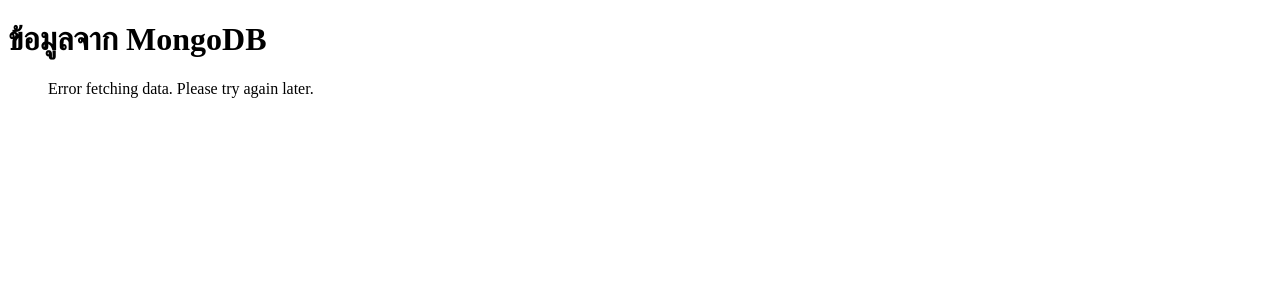
Repository: kamon010/Project1
Page: public/index.html
An editor plug-in stored every save of this project. The page is shown before and after the next save, followed by the edit.
The browser window is 1280 px wide. The pictures show the whole page.
The page's requests for data from a server got no answer.

Above is the page before, as saved 2024-08-19 23:33:06.

### public/index.html
<!DOCTYPE html>
<html lang="en">

<head>
    <meta charset="UTF-8">
    <meta name="viewport" content="width=device-width, initial-scale=1.0">
    <title>MongoDB Data Display</title>
</head>

<body>
    <h1>ข้อมูลจาก MongoDB</h1>
    <ul id="data-list"></ul>

    <script>
        async function fetchData() {
            try {
                const response = await fetch('/data');
                if (!response.ok) {
                    throw new Error(`HTTP error! status: ${response.status}`);
                }

                const data = await response.json();

                const list = document.getElementById('data-list');
                if (data.length === 0) {
                    list.textContent = 'ไม่มีข้อมูลในฐานข้อมูล';
                } else {
                    data.forEach(item => {
                        const listItem = document.createElement('li');
                        listItem.textContent = `ชื่อ: ${item.name}, อีเมล: ${item.email}, อายุ: ${item.age}, งานอดิเรก: ${item.hobbies.join(', ')}`;
                        list.appendChild(listItem);
                    });
                }
            } catch (error) {
                console.error('Error fetching data:', error);
                const list = document.getElementById('data-list');
                list.textContent = 'Error fetching data. Please try again later.';
            }
        }

        fetchData();
    </script>
</body>

</html>

After the next save:
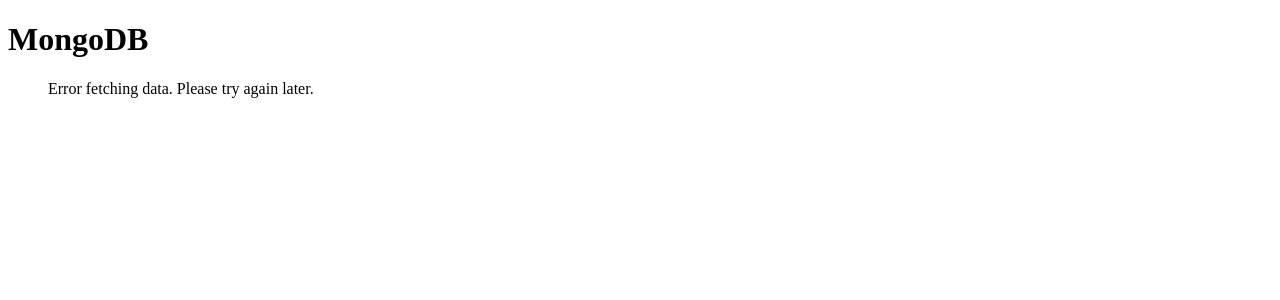
Saved 11 s later.
--- a/public/index.html
+++ b/public/index.html
@@ -8,7 +8,7 @@
 </head>
 
 <body>
-    <h1>ข้อมูลจาก MongoDB</h1>
+    <h1>MongoDB</h1>
     <ul id="data-list"></ul>
 
     <script>
